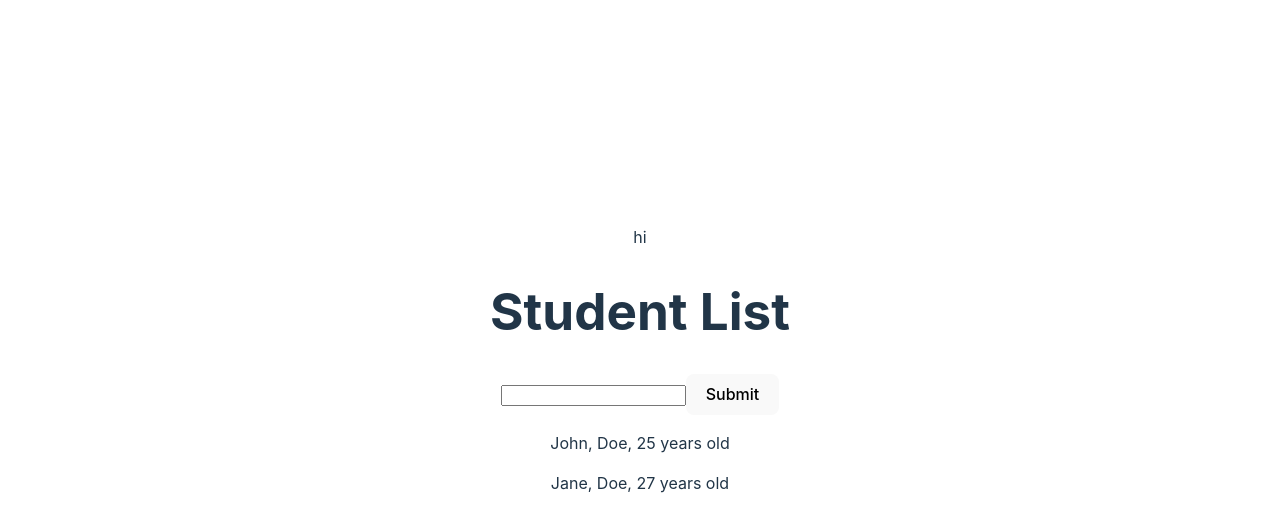
Repository: Jennica1/FRONT_END_WEEK06
Page: / (app in react/)
An editor plug-in stored every save of this project. The page is shown before and after the next save, followed by the edit.
The browser window is 1280 px wide. The pictures show the whole page.
The project was rebuilt for these pictures with package versions that can differ from the ones it lists, and the page was loaded fresh each time. Also part of the build but not shown: react/vite.config.js.

Above is the page before, as saved 2024-10-10 12:16:23.

After the next save:
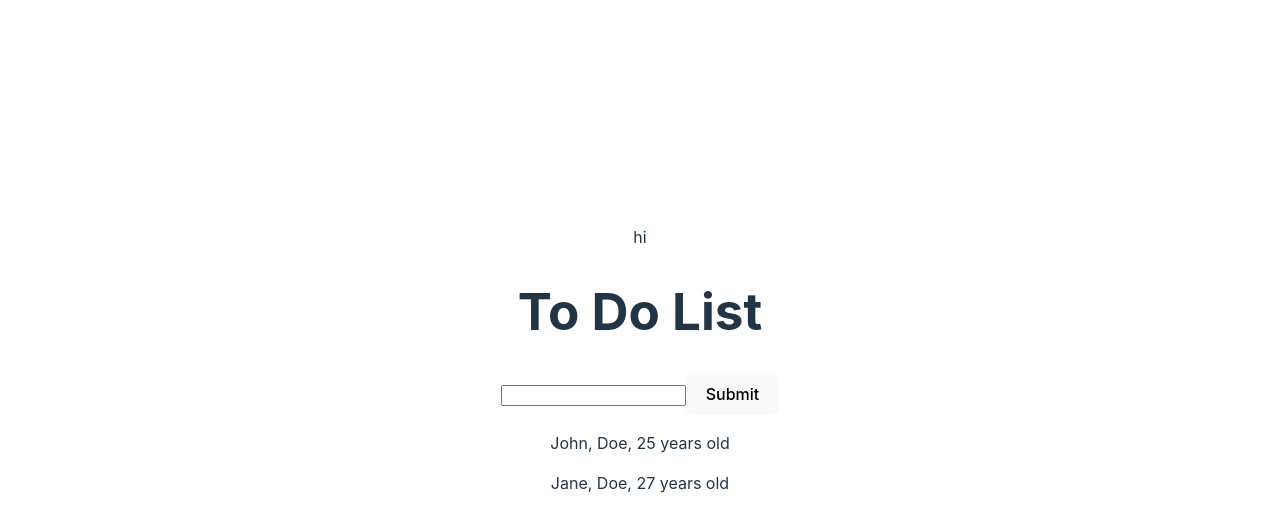
Saved 43 s later.
--- a/react/src/components/TaskForm.jsx
+++ b/react/src/components/TaskForm.jsx
@@ -61,7 +61,7 @@ function TaskForm() {
 
   return (
     <>
-      <h1>Student List</h1>
+      <h1>To Do List</h1>
       <form onSubmit={handleAddTask}>
 
 
